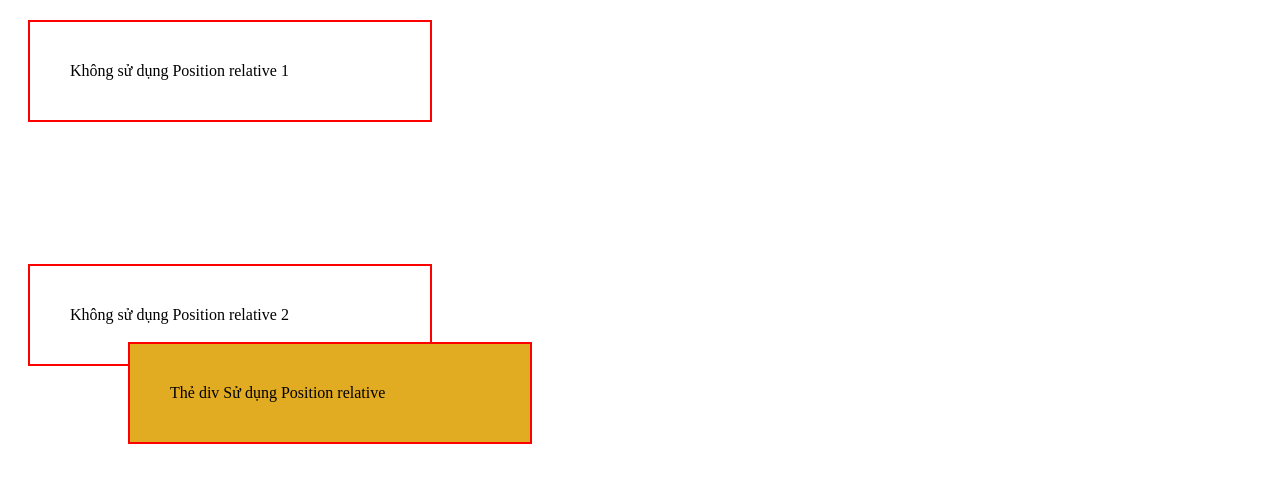
Repository: tandoan-teaching/teaching
Page: ltt/web/exercises/exercise2/position/relative.html
These files come from the project's save history. The page is drawn as it stood at one moment and after the next save; the edit follows.
The browser window is 1280 px wide. The pictures show the whole page.

Above is the page before, as saved 2023-03-25 15:51:04.

After the next save:
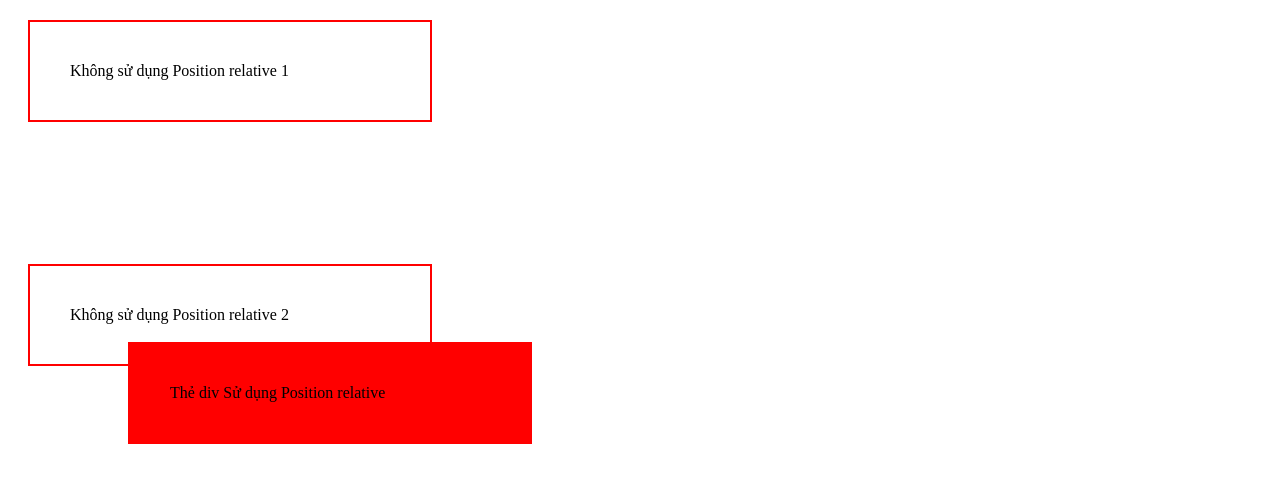
Saved 363 days later.
--- a/ltt/web/exercises/exercise2/position/relative.html
+++ b/ltt/web/exercises/exercise2/position/relative.html
@@ -18,7 +18,7 @@
         position: relative;
         left: 100px;
         top: 200px;
-        background-color: #e1ab22;
+        background-color: #ff0000;
     }
 </style>
 
